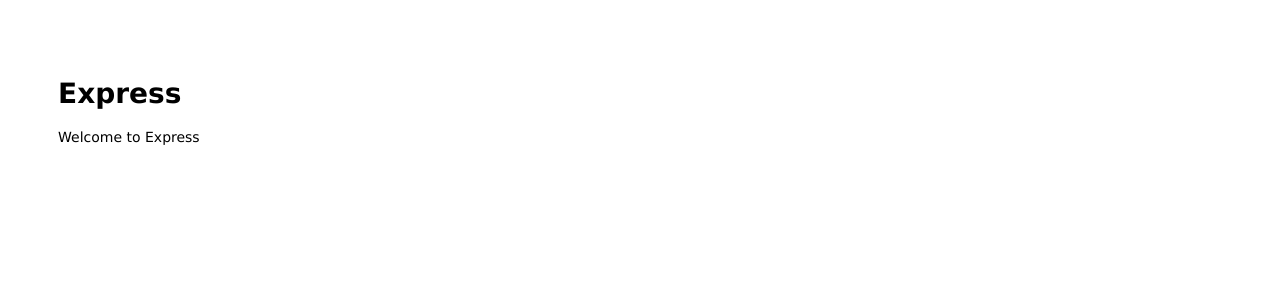
Repository: JonathonWager/Express.js-WebApplication
Page: http://localhost/
The author's editor kept a copy of each file at every save. The page is drawn from the files as they stood at one save, then again after the next save.
The browser window is 1280 px wide. The pictures show the whole page.
The page is served by the project's Node server (server.js).

Above is the page before, as saved 2021-04-16 16:33:35.

After the next save:
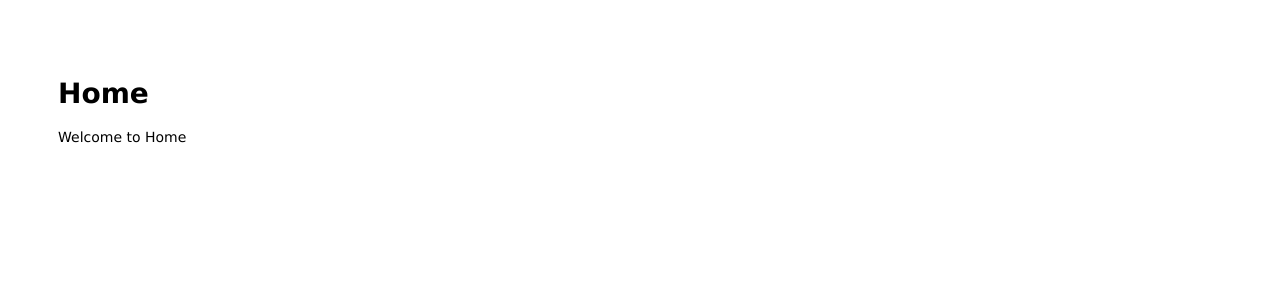
Saved 3 min 2 s later.
--- a/routes/index.js
+++ b/routes/index.js
@@ -4,7 +4,7 @@
 let controllers = require("../controllers/index");
 /* GET home page. */
 router.get('/', function(req, res, next) {
-  res.render('index', { title: 'Express' });
+  controllers.displayHome(res);
 });
 
 module.exports = router;
